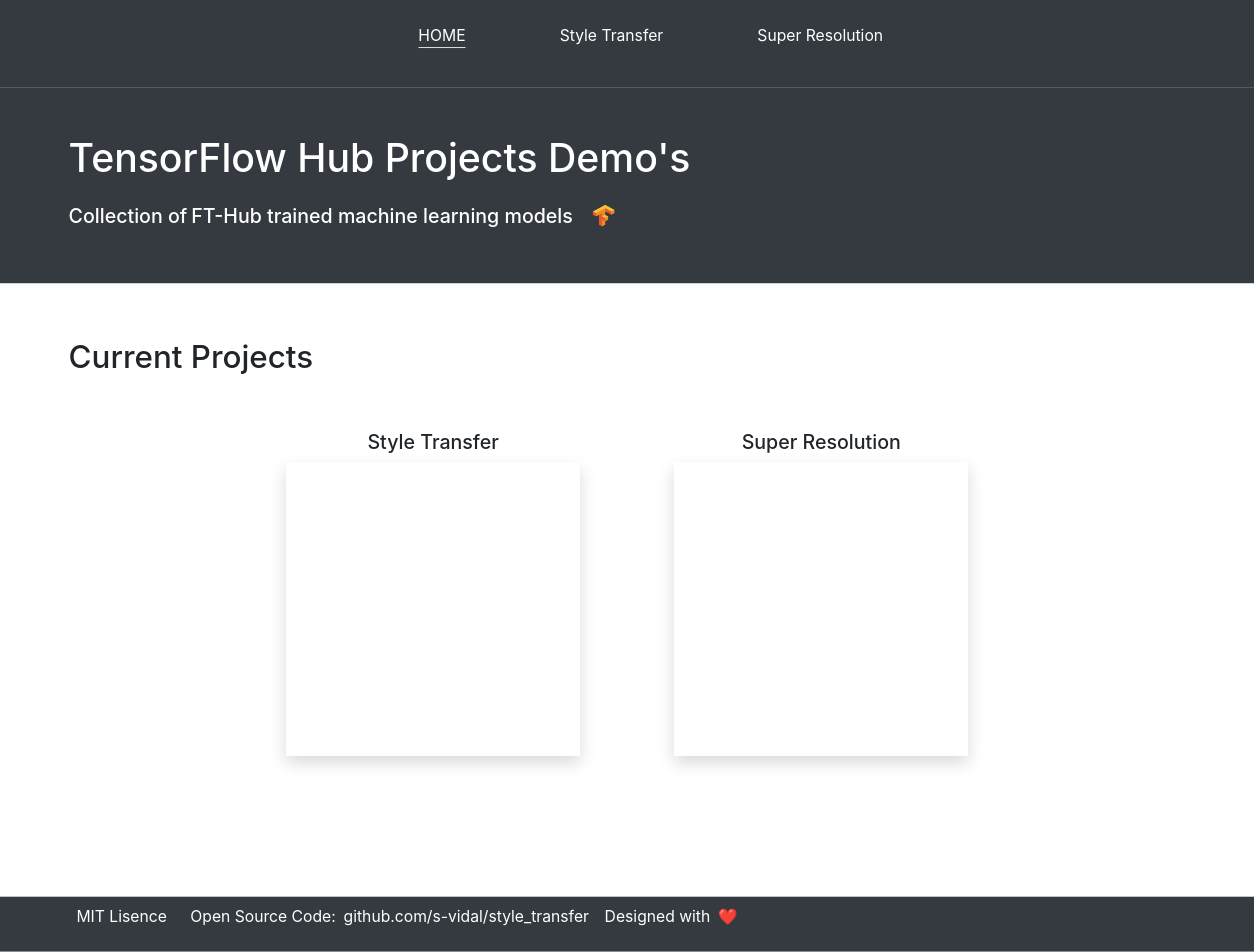
Repository: s-vidal/style_transfer
Page: / (app in client/)
An editor plug-in stored every save of this project. The page is shown before and after the next save, followed by the edit.
The browser window is 1280 px wide. The pictures show the whole page, at 98% of full size.
The page's requests for data from a server got no answer. The project was rebuilt for these pictures with package versions that can differ from the ones it lists, and the page was loaded fresh each time. A package was used in the major version that the imports need, not the one package.json lists. No one was signed in, and anything a server would have sent is missing. Also part of the build but not shown: client/src/App.css, client/src/components/DropZone.jsx, client/src/lib/api.js, client/src/components/Inference.jsx, client/src/components/Header.jsx, client/src/pages/StyleTransfer.jsx, client/src/pages/SuperResolution.jsx.

Above is the page before, as saved 2020-09-30 16:28:26.

### client/public/index.html
<!DOCTYPE html>
<html lang="en">
  <head>
    <meta charset="utf-8" />
    <link rel="icon" href="%PUBLIC_URL%/favicon.ico" />
    <meta name="viewport" content="width=device-width, initial-scale=1" />
    <meta name="theme-color" content="#000000" />
    <meta
      name="description"
      content="Web site created using create-react-app"
    />
    <link rel="apple-touch-icon" href="%PUBLIC_URL%/logo192.png" />
    <!--
      manifest.json provides metadata used when your web app is installed on a
      user's mobile device or desktop. See https://developers.google.com/web/fundamentals/web-app-manifest/
    -->
    <link rel="manifest" href="%PUBLIC_URL%/manifest.json" />
    <!--
      Notice the use of %PUBLIC_URL% in the tags above.
      It will be replaced with the URL of the `public` folder during the build.
      Only files inside the `public` folder can be referenced from the HTML.

      Unlike "/favicon.ico" or "favicon.ico", "%PUBLIC_URL%/favicon.ico" will
      work correctly both with client-side routing and a non-root public URL.
      Learn how to configure a non-root public URL by running `npm run build`.
    -->
    <!-- CSS only -->
    <link
      rel="stylesheet"
      href="https://stackpath.bootstrapcdn.com/bootstrap/4.5.2/css/bootstrap.min.css"
      integrity="sha384-JcKb8q3iqJ61gNV9KGb8thSsNjpSL0n8PARn9HuZOnIxN0hoP+VmmDGMN5t9UJ0Z"
      crossorigin="anonymous"
    />
    <title>React App</title>
  </head>
  <body>
    <noscript>You need to enable JavaScript to run this app.</noscript>
    <div id="root"></div>
    <!--
      This HTML file is a template.
      If you open it directly in the browser, you will see an empty page.

      You can add webfonts, meta tags, or analytics to this file.
      The build step will place the bundled scripts into the <body> tag.

      To begin the development, run `npm start` or `yarn start`.
      To create a production bundle, use `npm run build` or `yarn build`.
    -->
    <!-- JS, Popper.js, and jQuery -->
    <script
      src="https://code.jquery.com/jquery-3.5.1.slim.min.js"
      integrity="sha384-DfXdz2htPH0lsSSs5nCTpuj/zy4C+OGpamoFVy38MVBnE+IbbVYUew+OrCXaRkfj"
      crossorigin="anonymous"
    ></script>
    <script
      src="https://cdn.jsdelivr.net/npm/popper.js@1.16.1/dist/umd/popper.min.js"
      integrity="sha384-9/reFTGAW83EW2RDu2S0VKaIzap3H66lZH81PoYlFhbGU+6BZp6G7niu735Sk7lN"
      crossorigin="anonymous"
    ></script>
    <script
      src="https://stackpath.bootstrapcdn.com/bootstrap/4.5.2/js/bootstrap.min.js"
      integrity="sha384-B4gt1jrGC7Jh4AgTPSdUtOBvfO8shuf57BaghqFfPlYxofvL8/KUEfYiJOMMV+rV"
      crossorigin="anonymous"
    ></script>
  </body>
</html>

### client/src/App.js
import React from "react";
import {BrowserRouter as Router, Switch, Route} from "react-router-dom";
import "./App.css";
import StyleTransfer from "./pages/StyleTransfer";
import SuperResolution from "./pages/SuperResolution";
import Footer from "./components/Footer";
import NavBar from "./components/NavBar";
import HomePage from "./pages/HomePage";

function App() {
  return (
    <div>
      <Router>
        <NavBar />
        <Switch>
          <Route path="/super-resolution">
            <SuperResolution />
          </Route>
          <Route path="/style-transfer">
            <StyleTransfer />
          </Route>
          <Route path="/">
            <HomePage />
          </Route>
        </Switch>
        <Footer />
      </Router>
    </div>
  );
}

export default App;

### client/src/components/Footer.jsx
import React from "react";

const Footer = () => {
  return (
    <div className="text-white bg-dark">
      <div className="container mt-5">
        <div className="row p-2 mt-4">
          <p className="mr-4">MIT Lisence</p>
          <p>Open Source Code:</p>
          <a
            className="ml-2 text-white"
            href="https://github.com/s-vidal/style_transfer"
          >
            <span>github.com/s-vidal/style_transfer</span>
          </a>
          <p className="ml-3 mr-1"> Designed with </p>
          <span role="img" aria-label="emoji" className="ml-1">
            ❤️
          </span>
        </div>
      </div>
    </div>
  );
};

export default Footer;

### client/src/components/NavBar.jsx
import React, {useState, useEffect} from "react";
import {Link, useLocation} from "react-router-dom";
import "./NavBar.css";

const NavBar = () => {
  const [currentPage, setCurrentPage] = useState("");
  const location = useLocation();

  useEffect(() => {
    const currentPath = location.pathname;
    setCurrentPage(currentPath.substring(1));
  }, [location]);

  return (
    <nav className="navbar navbar-expand-lg d-flex justify-content-center bg-dark pt-3 pb-3">
      <ul className="navbar-nav">
        <li className="nav-item">
          <Link className="nav-link pl-5 pr-5" to={"/"}>
            <div className="ml-5 ">
              <p
                className={
                  currentPage === ""
                    ? "text-white nav-text active border-bottom"
                    : "text-white nav-text"
                }
              >
                HOME
              </p>
            </div>
          </Link>
        </li>
        <li className="nav-item">
          <Link
            className="nav-link pl-5 pr-5 text-white"
            to={"/style-transfer"}
          >
            <p
              className={
                currentPage === "style-transfer"
                  ? "text-white nav-text active border-bottom"
                  : "text-white nav-text"
              }
            >
              Style Transfer
            </p>
          </Link>
        </li>
        <li className="nav-item active">
          <Link
            className="nav-link pl-5 pr-5 text-white"
            to={"/super-resolution"}
          >
            <p
              className={
                currentPage === "super-resolution"
                  ? "text-white nav-text active border-bottom"
                  : "text-white nav-text"
              }
            >
              Super Resolution
            </p>
          </Link>
        </li>
      </ul>
    </nav>
  );
};

export default NavBar;

### client/src/pages/HomePage.jsx
import React from "react";
import "../components/HomePage.css";

const HomePage = () => {
  return (
    <>
      <div className="bg-dark text-white p-4 pt-5 pb-5">
        <div className="container">
          <div className="row">
            <h1>TensorFlow Hub Projects Demo's</h1>
          </div>
          <div className="row mt-3">
            <h5>Collection of</h5>
            <a
              href="https://tfhub.dev/google/magenta/arbitrary-image-stylization-v1-256/2"
              className="pl-1 pr-1 text-white"
            >
              <h5>FT-Hub trained machine learning models</h5>
            </a>
            <img
              className="ml-3"
              src={require("../img/tf_logo.png")}
              alt="tf"
              width="22"
              height="22"
            ></img>
          </div>
        </div>
      </div>
      <div className="p-5">
        <div className="container p-0">
          <div>
            {/* <h5 className="mb-4">
              Recourse designed to display, explain and test TF-Hb models
            </h5> */}
            <h2 className="mt-2">Current Projects</h2>
          </div>
          <div className="row d-flex justify-content-center">
            <div className="m-5">
              <h5 className="text-center">Style Transfer</h5>
              <div className="home-item shadow"></div>
            </div>
            <div className="m-5">
              <h5 className="text-center"> Super Resolution</h5>
              <div className="home-item shadow"></div>
            </div>
          </div>
        </div>
      </div>
    </>
  );
};

export default HomePage;

### client/src/components/NavBar.css
.nav-text:hover {
  border-bottom: 1px solid white;
  transition-duration: 0.5s ease-in-out;
}

### client/src/components/HomePage.css
.home-item {
  min-width: 300px;
  min-height: 300px;
}
.home-item:hover {
  cursor: pointer;
  transform: translate(3px, 3px);
  transition-duration: 0.5s ease-in-out;
}

Loaded but not shown: client/src/index.js (common file); client/src/index.css (common file); client/src/serviceWorker.js (common file)

After the next save:
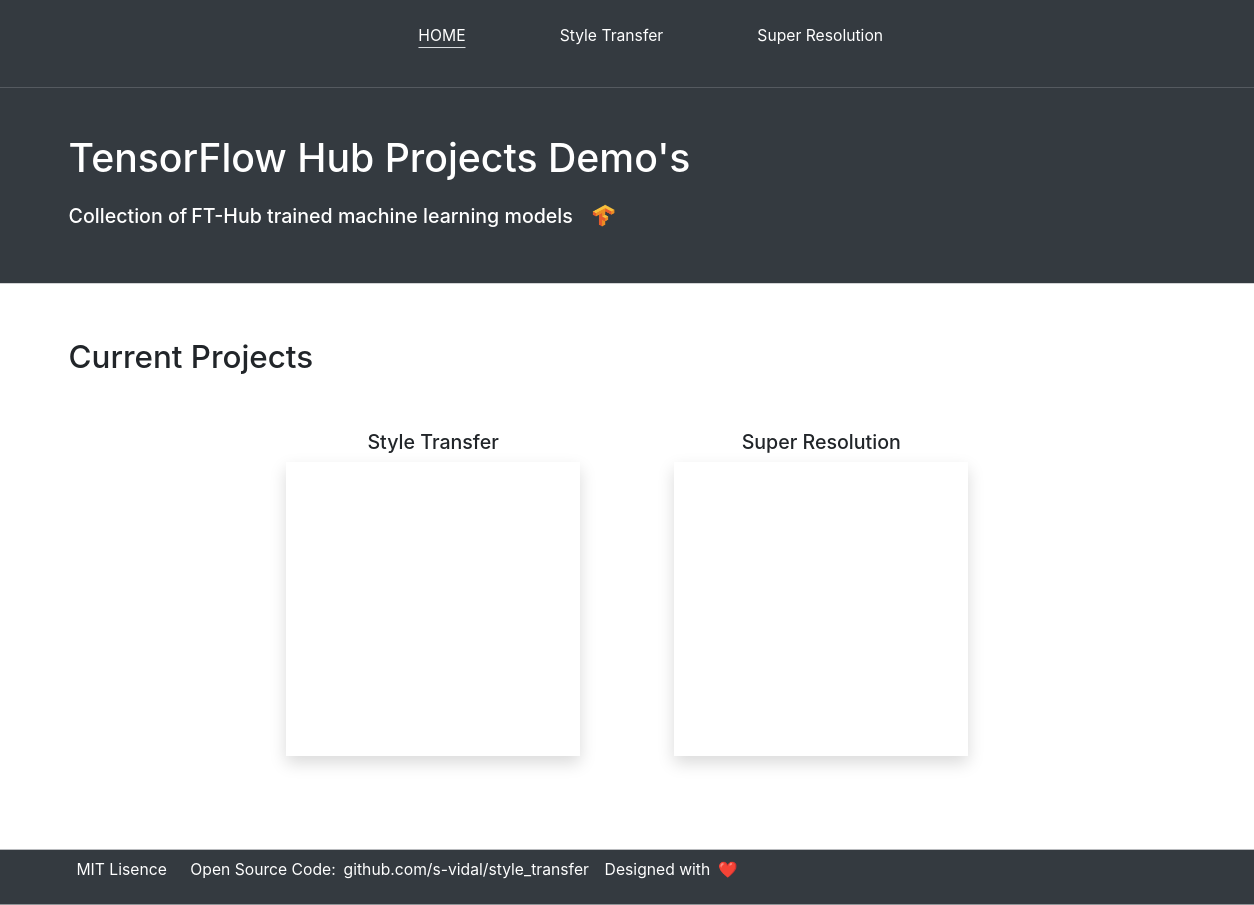
Saved 9 s later.
--- a/client/src/pages/HomePage.jsx
+++ b/client/src/pages/HomePage.jsx
@@ -27,7 +27,7 @@
           </div>
         </div>
       </div>
-      <div className="p-5">
+      <div className="pt-5 pl-5 pr-5">
         <div className="container p-0">
           <div>
             {/* <h5 className="mb-4">
